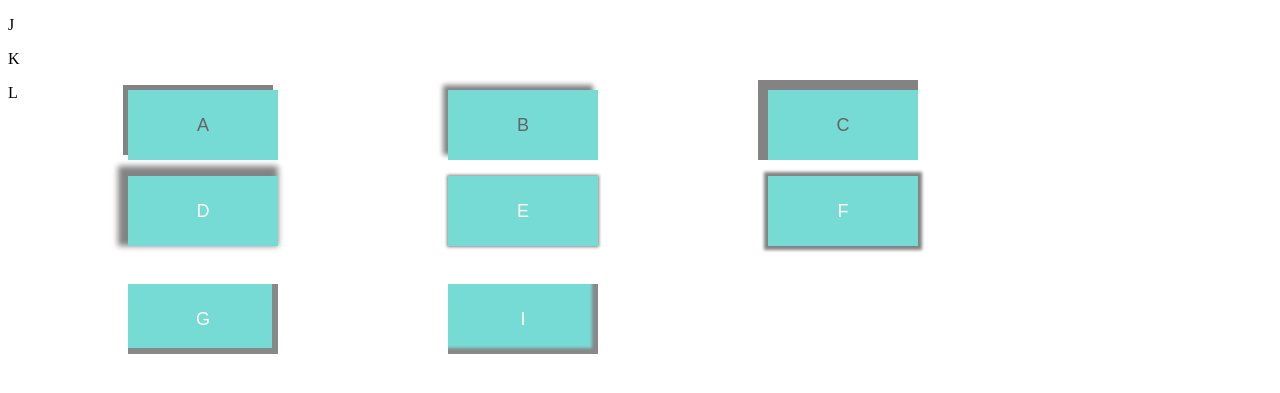
Repository: ThePerez/ArgProg
Page: Practicas ArgProg/Practica 3/Ejercicio 8/index.html
An editor plug-in stored every save of this project. The page is shown before and after the next save, followed by the edit.
The browser window is 1280 px wide. The pictures show the whole page.

Above is the page before, as saved 2023-03-20 18:18:40.

### Practicas ArgProg/Practica 3/Ejercicio 8/index.html
<!DOCTYPE html>
<html lang="en">
<head>
     <meta charset="UTF-8">
     <meta http-equiv="X-UA-Compatible" content="IE=edge">
     <meta name="viewport" content="width=device-width, initial-scale=1.0">
     <title>Ejercicio 8</title>
     <link rel="stylesheet" href="styles.css">
</head>
<body>
     <p class="a">A</p>
     <p class="b">B</p>
     <p class="c">C</p>
     <p class="d">D</p>
     <p class="e">E</p>
     <p class="f">F</p>

     <p class="g">G</p>
     <p class="h">H</p>
     <p class="i">I</p>
     <p class="j">J</p>
     <p class="k">K</p>
     <p class="l">L</p>
</body>
</html>

### Practicas ArgProg/Practica 3/Ejercicio 8/styles.css
.a {
     font-family: sans-serif;
     font-family: Century Gothic, CenturyGothic, AppleGothic, sans-serif;
     color: #646464;
     font-size: 18px;
     background: rgb(118, 218, 213);
     box-shadow: -5px -5px 0px   #838383;
     width: 150px;
     height: 70px;
     position: absolute;
     top: 10%;
     left: 10%;
     display: flex;
     justify-content: center;
     align-items: center;
}

.b {
     font-family: sans-serif;
     font-family: Century Gothic, CenturyGothic, AppleGothic, sans-serif;
     color: #646464;
     font-size: 18px;
     background: rgb(118, 218, 213);
     box-shadow: -5px -5px 5px   #838383;
     width: 150px;
     height: 70px;
     position: absolute;
     top: 10%;
     left: 35%;
     display: flex;
     justify-content: center;
     align-items: center;
}

.c {
     font-family: sans-serif;
     font-family: Century Gothic, CenturyGothic, AppleGothic, sans-serif;
     color: #646464;
     font-size: 18px;
     background: rgb(118, 218, 213);
     box-shadow: -5px -5px 0px 5px #838383;
     width: 150px;
     height: 70px;
     position: absolute;
     top: 10%;
     left: 60%;
     display: flex;
     justify-content: center;
     align-items: center;
}

.d {
     font-family: sans-serif;
     font-family: Century Gothic, CenturyGothic, AppleGothic, sans-serif;
     color: #ffffff;
     font-size: 18px;
     background: rgb(118, 218, 213);
     box-shadow: -5px -5px 6px 5px #838383;
     width: 150px;
     height: 70px;
     position: absolute;
     top: 22%;
     left: 10%;
     display: flex;
     justify-content: center;
     align-items: center;
}

.e {
     font-family: sans-serif;
     font-family: Century Gothic, CenturyGothic, AppleGothic, sans-serif;
     color: #ffffff;
     font-size: 18px;
     background: rgb(118, 218, 213);
     box-shadow: 0px 0px 3px 1px #838383;
     width: 150px;
     height: 70px;
     position: absolute;
     top: 22%;
     left: 35%;
     display: flex;
     justify-content: center;
     align-items: center;
}

.f {
     font-family: sans-serif;
     font-family: Century Gothic, CenturyGothic, AppleGothic, sans-serif;
     color: #ffffff;
     font-size: 18px;
     background: rgb(118, 218, 213);
     box-shadow: 0px 0px 3px 4px #838383;
     width: 150px;
     height: 70px;
     position: absolute;
     top: 22%;
     left: 60%;
     display: flex;
     justify-content: center;
     align-items: center;
}

.g {
     font-family: sans-serif;
     font-family: Century Gothic, CenturyGothic, AppleGothic, sans-serif;
     color: #ffffff;
     font-size: 18px;
     background: rgb(118, 218, 213);
     box-shadow: inset -5px -5px 0px 1px #888;
     width: 150px;
     height: 70px;
     position: absolute;
     top: 37%;
     left: 10%;
     display: flex;
     justify-content: center;
     align-items: center;
}

.h {
     font-family: sans-serif;
     font-family: Century Gothic, CenturyGothic, AppleGothic, sans-serif;
     color: #ffffff;
     font-size: 18px;
     background: rgb(118, 218, 213);
     box-shadow: inset -5px -5px 3px 1px #888;;
     width: 150px;
     height: 70px;
     position: absolute;
     top: 37%;
     left: 35%;
     display: flex;
     justify-content: center;
     align-items: center;
}

.i {
     font-family: sans-serif;
     font-family: Century Gothic, CenturyGothic, AppleGothic, sans-serif;
     color: #ffffff;
     font-size: 18px;
     background: rgb(118, 218, 213);
     box-shadow: inset -5px -5px 3px 1px #888;;
     width: 150px;
     height: 70px;
     position: absolute;
     top: 37%;
     left: 35%;
     display: flex;
     justify-content: center;
     align-items: center;
}

After the next save:
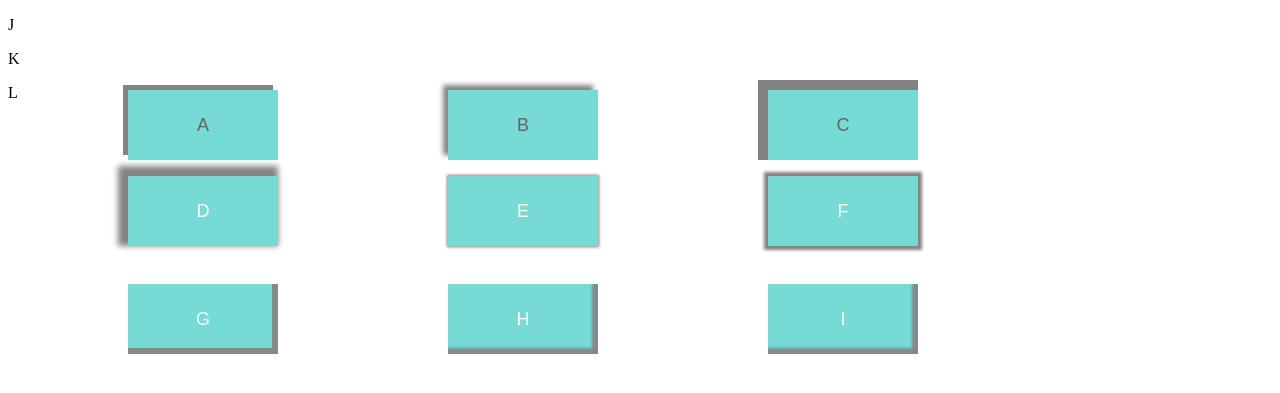
Saved 17 s later.
--- a/Practicas ArgProg/Practica 3/Ejercicio 8/styles.css
+++ b/Practicas ArgProg/Practica 3/Ejercicio 8/styles.css
@@ -145,7 +145,7 @@
      height: 70px;
      position: absolute;
      top: 37%;
-     left: 35%;
+     left: 60%;
      display: flex;
      justify-content: center;
      align-items: center;
